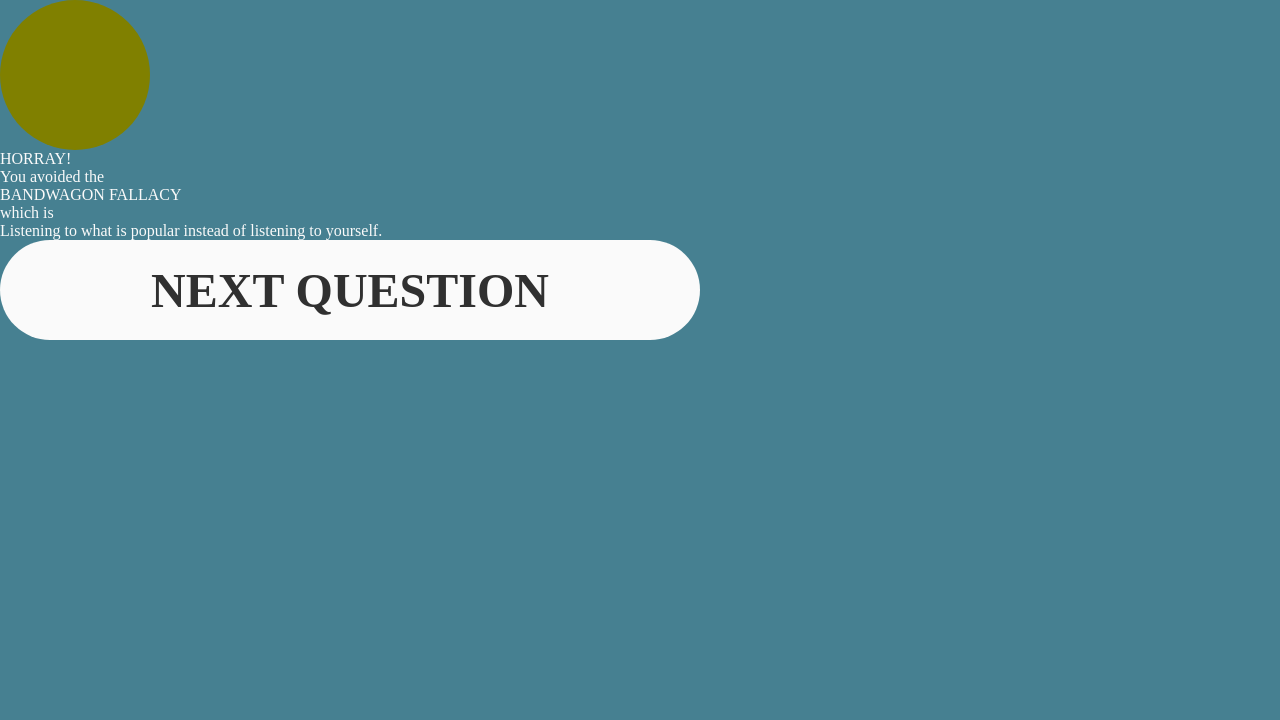
Repository: cindyvunguyen/fallacy
Page: index.html
These files come from the project's save history. The page is drawn as it stood at one moment and after the next save; the edit follows.
The browser window is 1280 px wide. The pictures show the whole page.
Some web fonts or font styles are not loaded; a fallback is used.

Above is the page before, as saved 2020-03-13 14:22:09.

After the next save:
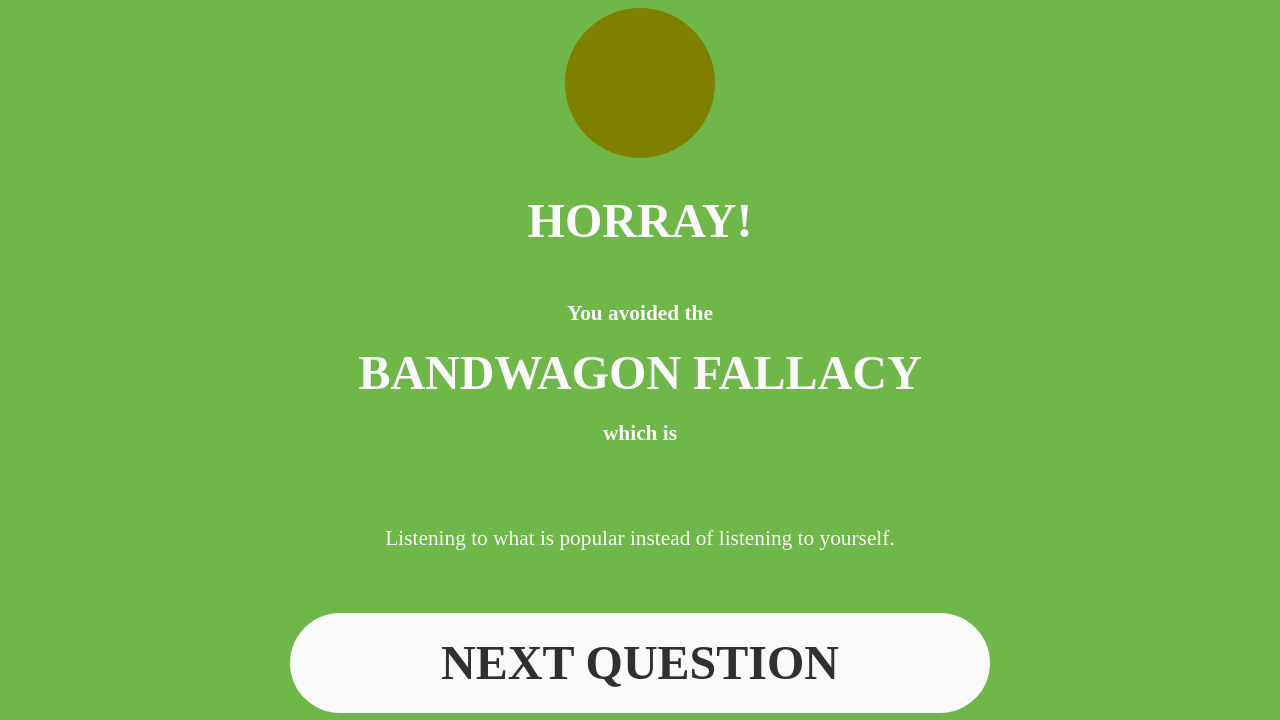
Saved 24 s later.
--- a/style.css
+++ b/style.css
@@ -79,7 +79,7 @@ body {
 /* SOPHIA START */
 
 /* correct page */
-#correct-page {
+#correct-incorrect-page {
     width: 100vw;
     height: 100vh;
     display: flex;
@@ -97,28 +97,28 @@ body {
     border-radius: 50%;
 }
 
-#cp-text1 {
+#cip-text1 {
     font-size: 36pt;
     font-weight: bold;
     padding: 35px 0;
 }
 
-#cp-text2 {
+#cip-text2 {
     font-size: 16pt;
     font-weight: bold;
 }
 
-#cp-fallacy {
+#cip-fallacy {
     font-size: 36pt;
     font-weight: bold;
 }
 
-#cp-definition {
+#cip-definition {
     font-size: 16pt;
     line-height: 150px;
 }
 
-#cp-a-outcome {
+#cip-a-outcome {
     line-height: 60px;
     display: flex;
     flex-direction: column;
